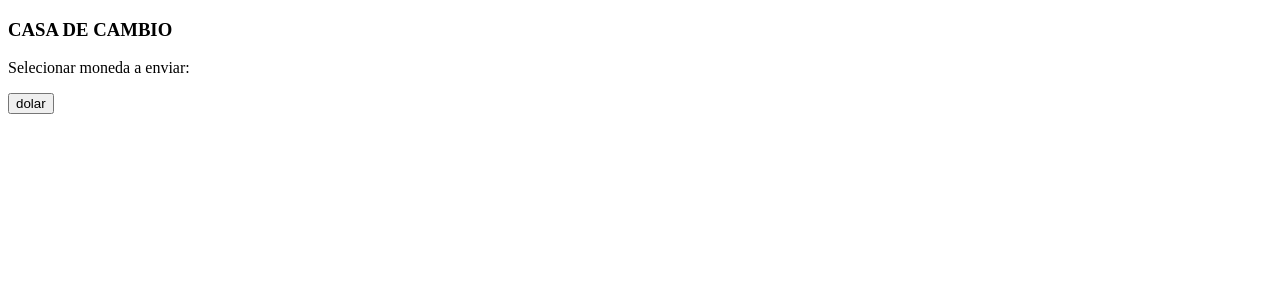
Repository: AgusL01/Bootstrap-Agustin-lago-
Page: Desktop/clases coder/proyecto-final-agustin-lago-main/index.html
The author's editor kept a copy of each file at every save. The page is drawn from the files as they stood at one save, then again after the next save.
The browser window is 1280 px wide. The pictures show the whole page.

Above is the page before, as saved 2022-06-27 20:58:27.

After the next save:
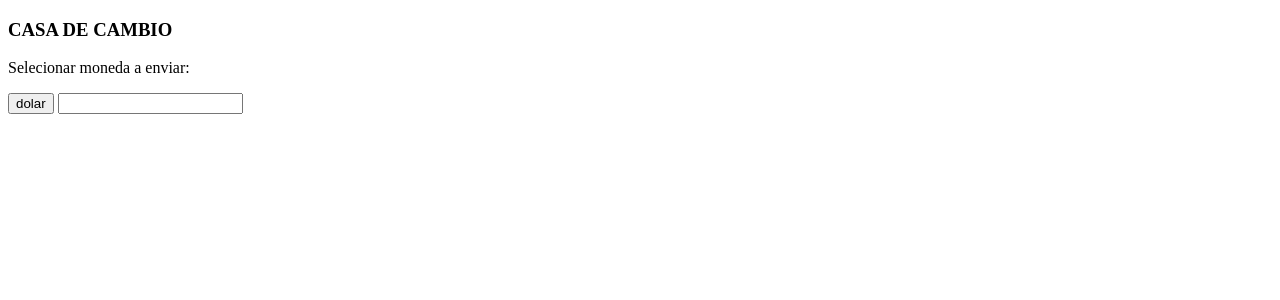
Saved 3 min 29 s later.
--- a/Desktop/clases coder/proyecto-final-agustin-lago-main/index.html
+++ b/Desktop/clases coder/proyecto-final-agustin-lago-main/index.html
@@ -11,6 +11,7 @@
     <form class="formulario">
         <p>Selecionar moneda a enviar:</p>
         <input type="button" value="dolar">
+        <input type="text" name="euro" id="moneda">
     </form>
 </body>
 </html>
